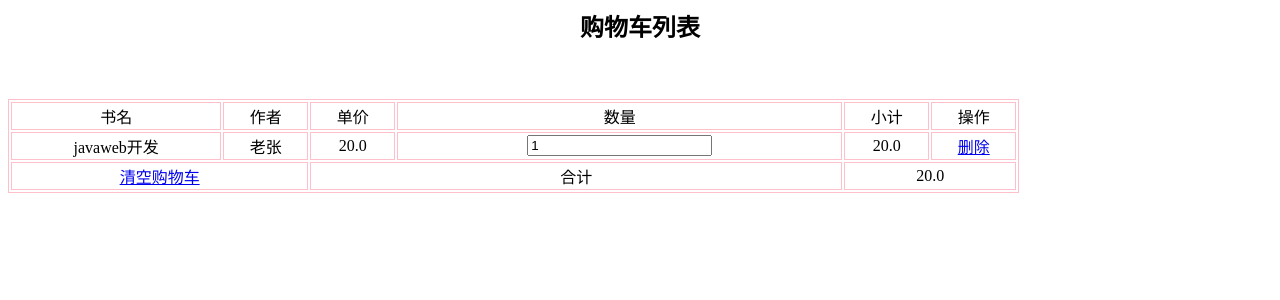
Repository: wsws1996/myproject
Page: http://localhost/day10/servlet/BuyServlet?bookid=1
These files come from the project's save history. The page is drawn as it stood at one moment and after the next save; the edit follows.
The browser window is 1280 px wide. The pictures show the whole page.
The page is served by Tomcat 9. Other server files are loaded and not shown.

Above is the page before, as saved 2015-11-23 15:21:32.

### java/workspace/day10/WebRoot/WEB-INF/jsp/listcart.jsp
<%@ page language="java" import="java.util.*" pageEncoding="UTF-8"%>
<%@taglib uri="http://java.sun.com/jsp/jstl/core" prefix="c"%>

<!DOCTYPE HTML PUBLIC "-//W3C//DTD HTML 4.01 Transitional//EN">
<html>
<head>

<title>购物车</title>
<script type="text/javascript">
	function clearcart() {
		var b = window.confirm("您确定要清空购物车吗？");
		if (b) {
			window.location.href = "${pageContext.request.contextPath }/servlet/ClearCartServlet";
		}
	}
</script>
</head>

<body style="text-align: center;">
	<h2>购物车列表</h2>
	<br>
	<br>
	<c:if test="${!empty(cart.map) }">
		<table border="1" bordercolor="pink" style="text-align: center;"
			width="80%">
			<tr>
				<td>书名</td>
				<td>作者</td>
				<td>单价</td>
				<td>数量</td>
				<td>小计</td>
				<td>操作</td>
			</tr>
			<c:forEach var="me" items="${cart.map }">
				<tr>
					<td>${me.value.book.name }</td>
					<td>${me.value.book.author }</td>
					<td>${me.value.book.price }</td>
					<td><input type="text" value="${me.value.quantity }" name="quantity"></td>
					<td>${me.value.price }</td>
					<td><a
						href="${pageContext.request.contextPath}/servlet/DeleteServlet?bookid=${me.value.book.id }">删除</a></td>
				</tr>
			</c:forEach>
			<tr>
				<td colspan="2"><a href="javascript:clearcart()">清空购物车</a></td>
				<td colspan="2">合计</td>
				<td colspan="2">${cart.price}</td>
			</tr>
		</table>
	</c:if>
	<c:if test="${empty(cart.map) }">
		对不起，您还没有购买任何商品！！！
	</c:if>
</body>
</html>

### java/workspace/day10/src/cn/wang/web/controller/BuyServlet.java
package cn.wang.web.controller;

import java.io.IOException;

import javax.servlet.ServletException;
import javax.servlet.http.HttpServlet;
import javax.servlet.http.HttpServletRequest;
import javax.servlet.http.HttpServletResponse;

import cn.wang.domain.Cart;
import cn.wang.service.BusinessService;

public class BuyServlet extends HttpServlet {

	/**
	 * Destruction of the servlet. <br>
	 */
	public void destroy() {
		super.destroy(); // Just puts "destroy" string in log
		// Put your code here
	}

	public void doGet(HttpServletRequest request, HttpServletResponse response)
			throws ServletException, IOException {
		String bookid = request.getParameter("bookid");
		Cart cart = (Cart) request.getSession().getAttribute("cart");
		if (cart == null) {
			cart = new Cart();
			request.getSession().setAttribute("cart", cart);
		}

		BusinessService service =new BusinessService();
		service.buybook(bookid,cart);

		request.getRequestDispatcher("/WEB-INF/jsp/listcart.jsp").forward(request, response);
	}

	public void doPost(HttpServletRequest request, HttpServletResponse response)
			throws ServletException, IOException {

		doGet(request, response);
	}

	/**
	 * Initialization of the servlet. <br>
	 *
	 * @throws ServletException
	 *             if an error occurs
	 */
	public void init() throws ServletException {
		// Put your code here
	}

}

### java/workspace/day10/src/cn/wang/domain/Cart.java
package cn.wang.domain;

import java.util.LinkedHashMap;
import java.util.Map;

public class Cart {
	private Map<String, CartItem> map = new LinkedHashMap();
	private double price;

	public void add(Book book) {

		CartItem item = map.get(book.getId());
		if (item != null) {
			item.setQuantity(item.getQuantity() + 1);
		} else {
			item = new CartItem();
			item.setBook(book);
			item.setQuantity(1);
			map.put(book.getId(), item);
		}
	}

	public Map<String, CartItem> getMap() {
		return map;
	}

	public void setMap(Map<String, CartItem> map) {
		this.map = map;
	}

	public double getPrice() {
		double totalprice = 0;
		for (Map.Entry<String, CartItem> me : map.entrySet()) {
			CartItem item = me.getValue();
			totalprice += item.getPrice();
		}
		return totalprice;
	}

	public void setPrice(double price) {
		this.price = price;
	}

}

### java/workspace/day10/src/cn/wang/service/BusinessService.java
package cn.wang.service;

import java.util.Map;

import javax.security.auth.message.callback.PrivateKeyCallback.Request;

import cn.wang.dao.BookDao;
import cn.wang.domain.Book;
import cn.wang.domain.Cart;
import cn.wang.exception.CartNotFoundException;

public class BusinessService {
	BookDao dao = new BookDao();

	public Map getAllBook() {
		return dao.getAll();
	}

	public void buybook(String bookid, Cart cart) {
		// TODO Auto-generated method stub
		Book book = dao.find(bookid);
		cart.add(book);
	}

	public void deleteBook(String bookid, Cart cart)
			throws CartNotFoundException {
		// TODO Auto-generated method stub
		if (cart == null) {
			throw new CartNotFoundException("购物车为空！！！");
		}
		cart.getMap().remove(bookid);
	}

	public void clearCart() {
		// TODO Auto-generated method stub

	}

	public void clearCart(Cart cart) throws CartNotFoundException {
		// TODO Auto-generated method stub
		if (cart == null) {
			throw new CartNotFoundException("购物车为空！！！");
		}
		cart.getMap().clear();

	}
}

### java/workspace/day10/src/cn/wang/dao/BookDao.java
package cn.wang.dao;

import java.util.Map;

import cn.wang.db.MyDb;
import cn.wang.domain.Book;

public class BookDao {
	public Map getAll() {
		return MyDb.getAll();
	}

	public Book find(String id) {
		return (Book) MyDb.getAll().get(id);
	}
}

### java/workspace/day10/src/cn/wang/db/MyDb.java
package cn.wang.db;

import java.util.LinkedHashMap;
import java.util.Map;

import cn.wang.domain.Book;

public class MyDb {
	private static Map<String, Book> map = new LinkedHashMap();
	static {
		map.put("1", new Book("1", "javaweb开发", "老张", 20, "一本经典的书"));
		map.put("2", new Book("2", "jdbc开发", "李勇", 30, "一本jdbc的书"));
		map.put("3", new Book("3", "spring开发", "老黎", 50, "一本相当经典的书"));
		map.put("4", new Book("4", "hibernate开发", "老佟", 56, "一本很经典的书"));
		map.put("5", new Book("5", "struts开发", "老毕", 40, "一本经典的书"));
		map.put("6", new Book("6", "ajax开发", "老张", 50, "一本老张的书"));
	}
	public static Map getAll() {
		return map;

	}
}

### java/workspace/day10/src/cn/wang/domain/Book.java
package cn.wang.domain;

public class Book {

	public Book() {
		super();
		// TODO Auto-generated constructor stub
	}

	public Book(String id, String name, String author, double price,
			String description) {
		super();
		this.id = id;
		this.name = name;
		this.author = author;
		this.price = price;
		this.description = description;
	}

	private String id;
	private String name;
	private String author;
	private double price;
	private String description;

	public String getId() {
		return id;
	}

	public void setId(String id) {
		this.id = id;
	}

	public String getName() {
		return name;
	}

	public void setName(String name) {
		this.name = name;
	}

	public String getAuthor() {
		return author;
	}

	public void setAuthor(String author) {
		this.author = author;
	}

	public double getPrice() {
		return price;
	}

	public void setPrice(double price) {
		this.price = price;
	}

	public String getDescription() {
		return description;
	}

	public void setDescription(String description) {
		this.description = description;
	}
}

### java/workspace/day10/src/cn/wang/domain/CartItem.java
package cn.wang.domain;

public class CartItem {
	private Book book;
	private int quantity;
	private double price;

	public Book getBook() {
		return book;
	}

	public void setBook(Book book) {
		this.book = book;
	}

	public int getQuantity() {
		return quantity;
	}

	public void setQuantity(int quantity) {
		this.quantity = quantity;
	}

	public double getPrice() {
		return book.getPrice() * this.quantity;
	}

	public void setPrice(double price) {
		this.price = price;
	}

}

After the next save:
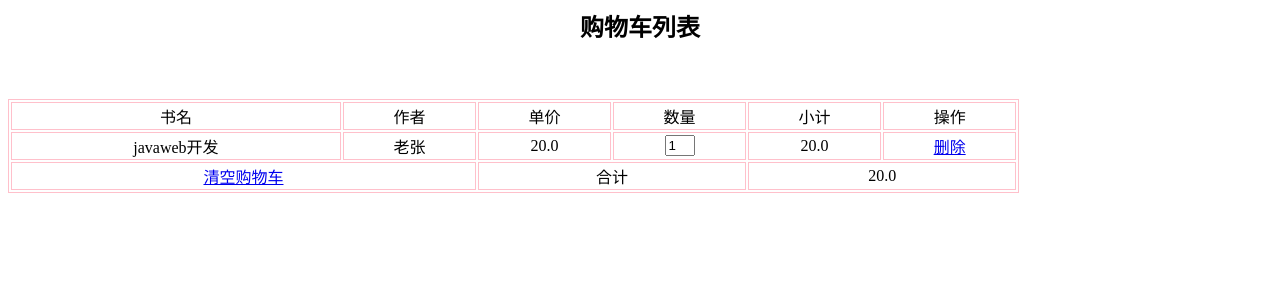
Saved 84 s later.
--- a/java/workspace/day10/WebRoot/WEB-INF/jsp/listcart.jsp
+++ b/java/workspace/day10/WebRoot/WEB-INF/jsp/listcart.jsp
@@ -36,7 +36,7 @@
 					<td>${me.value.book.name }</td>
 					<td>${me.value.book.author }</td>
 					<td>${me.value.book.price }</td>
-					<td><input type="text" value="${me.value.quantity }" name="quantity"></td>
+					<td><input type="text" value="${me.value.quantity }" name="quantity" style="width: 30"></td>
 					<td>${me.value.price }</td>
 					<td><a
 						href="${pageContext.request.contextPath}/servlet/DeleteServlet?bookid=${me.value.book.id }">删除</a></td>
